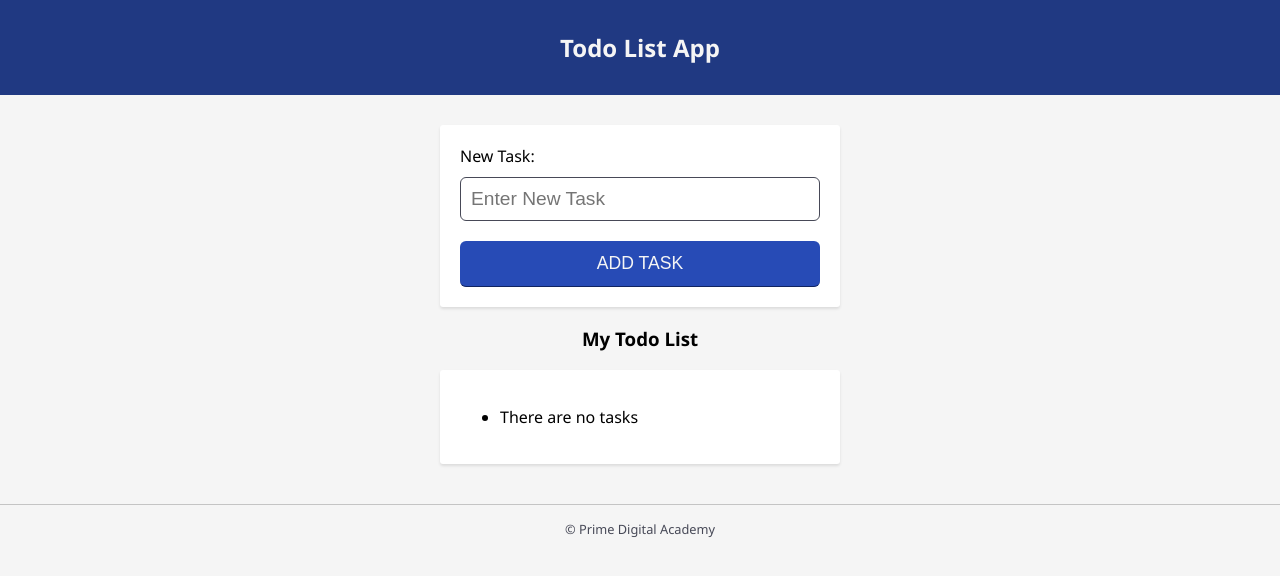
Repository: ryanmgregory/ursus-todo-list
Page: index.html
These files come from the project's save history. The page is drawn as it stood at one moment and after the next save; the edit follows.
The browser window is 1280 px wide. The pictures show the whole page.

Above is the page before, as saved 2020-03-19 23:21:30.

### index.html
<!DOCTYPE html>
<html lang="en">
  <head>
    <meta charset="UTF-8" />
    <meta name="viewport" content="width=device-width, initial-scale=1.0" />
    <link rel="stylesheet" href="style.css" />
    <script src="jquery-3.4.1.min.js" type="text/javascript"></script>
    <script src="javascript.js" type="text/javascript"></script>

    <title>Todo List</title>
  </head>
  <body>
    <header class="appBar">
      <h1 class="appBar-title">Todo List App</h1>
    </header>
    <!-- ASSIGNMENT CONTENT GOES BELOW HERE -->

    <!--Input field with "New Task" label.  "Add Task" BTN.  -->
    <div class="panel">
      <form class="js-form-add">
        <label class="fieldLabel">New Task:</label>
        <input
          class="js-input-task inputField"
          type="text"
          placeholder="Enter New Task"
        />
        <button class="btn btn_fullWidth" type="submit">ADD TASK</button>
      </form>
    </div>

    <!-- h3 "My To Do List"  -->
    <h3>My Todo List</h3>
    <!-- <UL> <OL single item: "There are no tasks in it"/>  -->
    <div class="panel">
      <ul class="js-unordered-list">
        <li class="js-single-item-list">
          There are no tasks
        </li>
      </ul>
    </div>
    <footer class="footer">
      &copy; Prime Digital Academy
    </footer>
  </body>
</html>

### style.css
/* ----------------------------------------
** Element Resets
** ---------------------------------------- */

h3 {
  text-align: center;
}

html,
body {
  margin: 0;
  height: 100%;
  background-color: #f5f5f5;
  font-family: "Segoe UI", Tahoma, Geneva, Verdana, sans-serif;
}

/* ----------------------------------------
** Footer
** ---------------------------------------- */

.footer {
  margin: 40px 0 0;
  padding: 15px 20px;
  border-top: 1px solid rgb(0, 0, 0, 0.2);
  color: #474957;
  text-align: center;
  font-size: 0.8rem;
}

/* ----------------------------------------
** App Bar
** ---------------------------------------- */

.appBar {
  margin: 0 0 30px;
  padding: 15px 20px;
  background-color: #203982;
  color: #f5f5f5;
  text-align: center;
}

.appBar-title {
  font-size: 1.5rem;
}

/* ----------------------------------------
** Panel
** - wrapping element meant to give the look
**   of a raised box
** ---------------------------------------- */

.panel {
  margin: 0 auto;
  padding: 20px;
  max-width: 90%;
  width: 400px;
  box-sizing: border-box;
  background-color: #ffffff;
  border-radius: 3px;
  box-shadow: 0 2px 3px rgb(0, 0, 0, 0.1);
}

.panel + .panel {
  margin-top: 20px;
}

/* ----------------------------------------
** Button
** - interactive element for clickable buttons
** ---------------------------------------- */

.btn {
  padding: 12px 18px;
  box-sizing: border-box;
  border-radius: 6px;
  background: #274bb6;
  border-width: 0;
  border-bottom: 1px solid #102461;
  color: #f5f5f5;
  text-align: center;
  font-size: 1.1rem;
  text-transform: uppercase;
  cursor: pointer;
}

.btn:hover {
  background-color: #102461;
}

.btn:disabled {
  border-width: 0;
  background-color: #b2b6d3;
  cursor: not-allowed;
}

.btn_fullWidth {
  width: 100%;
}

/* ----------------------------------------
** Form Fields
** - styling for both standard input and label
** ---------------------------------------- */

.fieldLabel {
  display: block;
  margin: 0 0 10px;
}

.inputField {
  margin: 0 0 20px;
  padding: 10px;
  width: 100%;
  box-sizing: border-box;
  border-radius: 6px;
  border: 1px solid #474957;
  font-size: 1.2rem;
}

/* ----------------------------------------
** Stacked List
** - meant for the element wrapping a list
**   of items
** ---------------------------------------- */

.stackedList {
  margin: 0;
  padding: 0;
  list-style: none;
}

.stackedList > * {
  display: flex;
  justify-content: space-between;
  align-items: center;
  padding: 10px;
  width: 100%;
  box-sizing: border-box;
}

.stackedList > * + * {
  border-top: 1px solid #75788d;
}

/* ----------------------------------------
** Actions and State
** - utility classes to alter a visual
** ---------------------------------------- */

.isComplete {
  background-color: #a8f0d4;
}

### javascript.js
$(document).ready(init);
// create addTask ready on page load
const todoArray = [];

function init() {
  $(".js-form-add").on("click", ".btn", addTask);
  // $(".js-unordered-list").on("click", ".js-btn-complete", toggleBtn);
}

const taskObject = {
  taskName: $(".js-input-task").val(),
  complete: false
};
// addTask function to receive task (as object) into array
// create object with name (string) & complete (boolean)
// added prevent default event to stop the page from reloading

function addTask(event) {
  event.preventDefault();
  console.log("in addTask");

  const taskObject = {
    taskName: $(".js-input-task").val(),
    complete: false
  };
  todoArray.push(taskObject);
  console.log("to do array:", todoArray);
  emptyField();
  render();
}

// empty input field after addTask
function emptyField() {
  $(".js-input-task").val("");
}

// Display object from array on <ul> on DOM
// empty array before each push
function render() {
  $(".js-unordered-list").empty();
  for (let i = 0; i < todoArray.length; i++) {
    const individualTask = todoArray[i];
    $(".js-unordered-list").append(`
        <div>
        <li>${individualTask.taskName}<button class="btn js-btn-complete">COMPLETE</button>  </li>
        <div>
        `);
  }
}

// btn click event to change value of object to true

// function toggleBtn() {
//   $(this.value === false);
// }

//   console.log("in ToGgLe!!!");
//   if (($(this.parent()) = false)) {
//     console.log("its false");
//   }
//   if (($(this.parent()) = true)) {
//     console.log("its true");
//   }
// }

//   for (let i = 0; i < todoArray.length; i++) {
//     const individualTask = todoArray[i];
//     $(this).toggle($({.complete} = true));
//   }

// // console.log("todoArray:", todoArray);

// function toggleBtn() {
//   console.log("in ToGgLe!!!");
//   console.log("todoArray:", todoArray);
//   for (let i = 0; i < todoArray.length; i++) {
//     const individualTask = todoArray[i];
//     $(".js-unordered-list").append(`
//   <div>
//   <button class="js-btn-complete"${(individualTask.complete = true)}>COMPLETE</button>  </li>
//   <div>
//   `);
//   }
// }

Loaded but not shown: jquery-3.4.1.min.js (library)

After the next save:
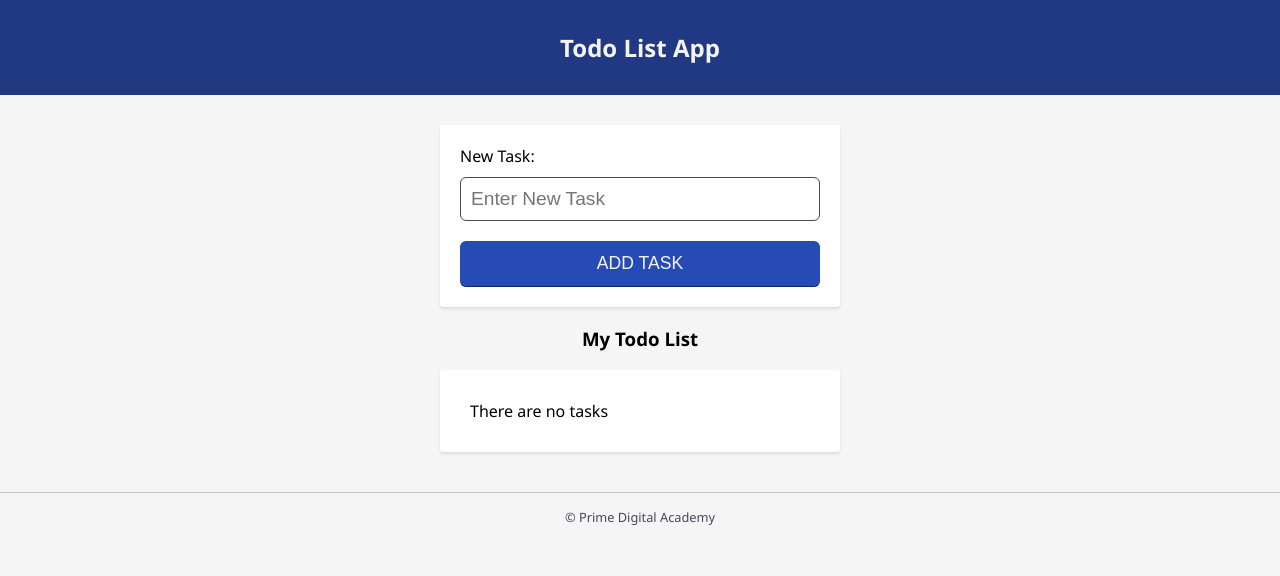
Saved 35 s later.
--- a/index.html
+++ b/index.html
@@ -32,7 +32,7 @@
     <h3>My Todo List</h3>
     <!-- <UL> <OL single item: "There are no tasks in it"/>  -->
     <div class="panel">
-      <ul class="js-unordered-list">
+      <ul class="js-unordered-list stackedList stackedList">
         <li class="js-single-item-list">
           There are no tasks
         </li>
